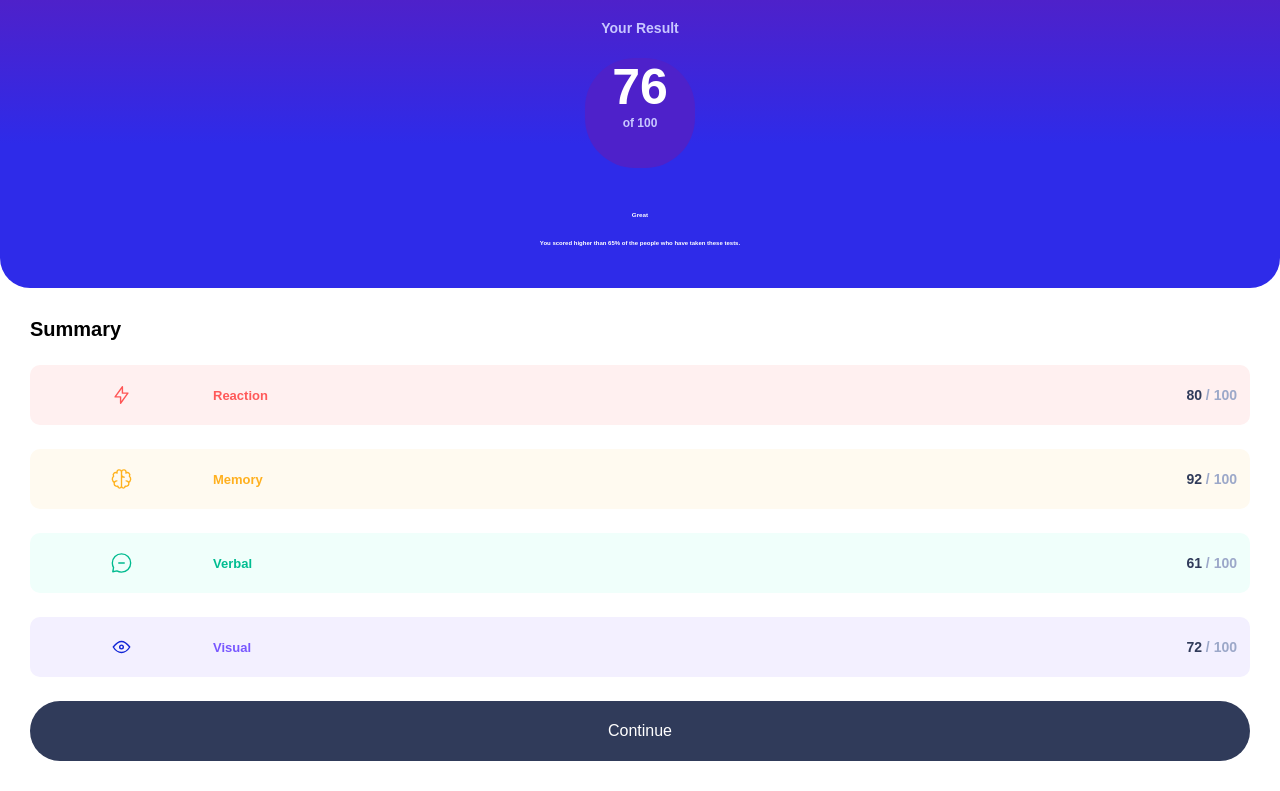
Repository: limaneto/frontend-mentor-results-summary
Page: index.html
An editor plug-in stored every save of this project. The page is shown before and after the next save, followed by the edit.
The browser window is 1280 px wide. The pictures show the whole page.

Above is the page before, as saved 2023-11-06 09:58:23.

After the next save:
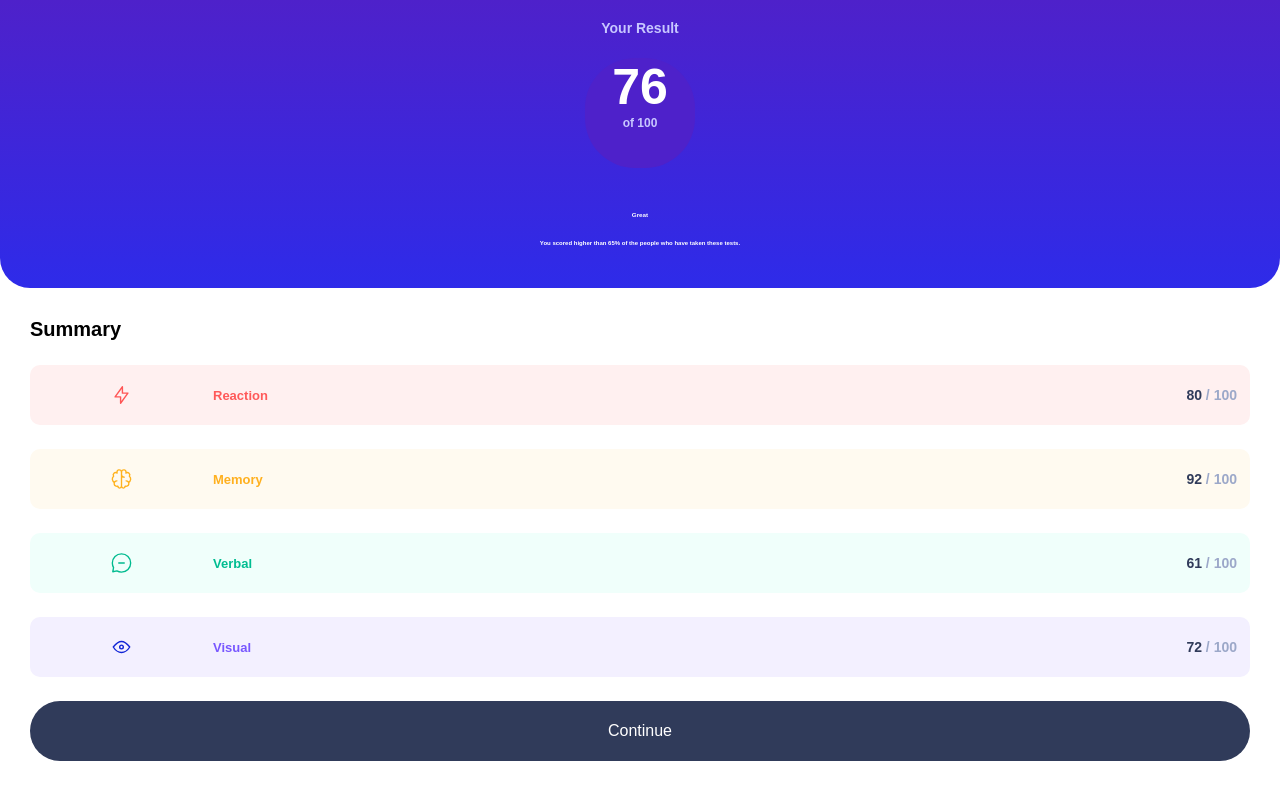
Saved 104 s later.
--- a/style.css
+++ b/style.css
@@ -47,7 +47,7 @@ section {
   justify-content: space-between;
   padding: 2.0rem;
   height: 40%;
-  background: linear-gradient(0deg, var(--g-royal-blue) 50%, var(--g-violet-blue) 100%);
+  background: linear-gradient(0deg, var(--g-royal-blue), var(--g-violet-blue));
   border-bottom-left-radius: 30px;
   border-bottom-right-radius: 30px;
   color: var(--white);
